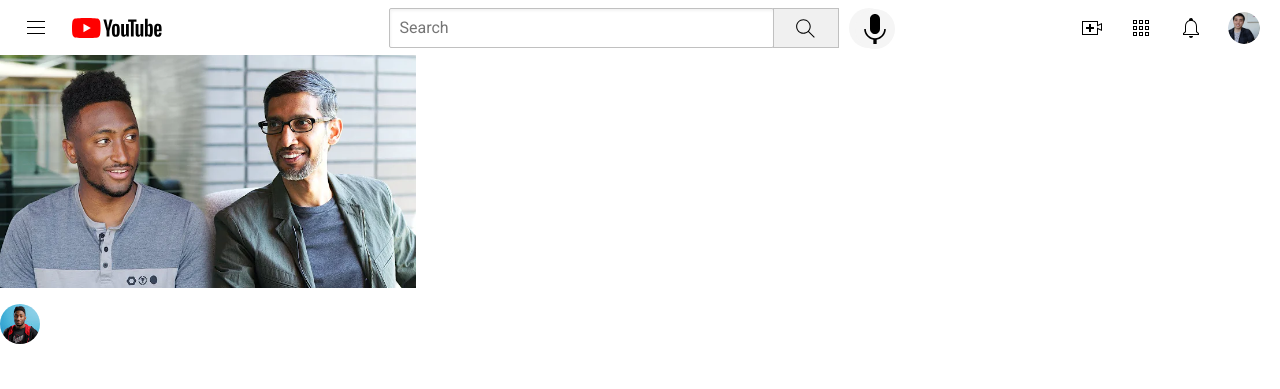
Repository: knowledgeAlan/html-css-thirteen
Page: youtube.html
These files come from the project's save history. The page is drawn as it stood at one moment and after the next save; the edit follows.
The browser window is 1280 px wide. The pictures show the whole page.

Above is the page before, as saved 2024-03-19 17:15:23.

After the next save:
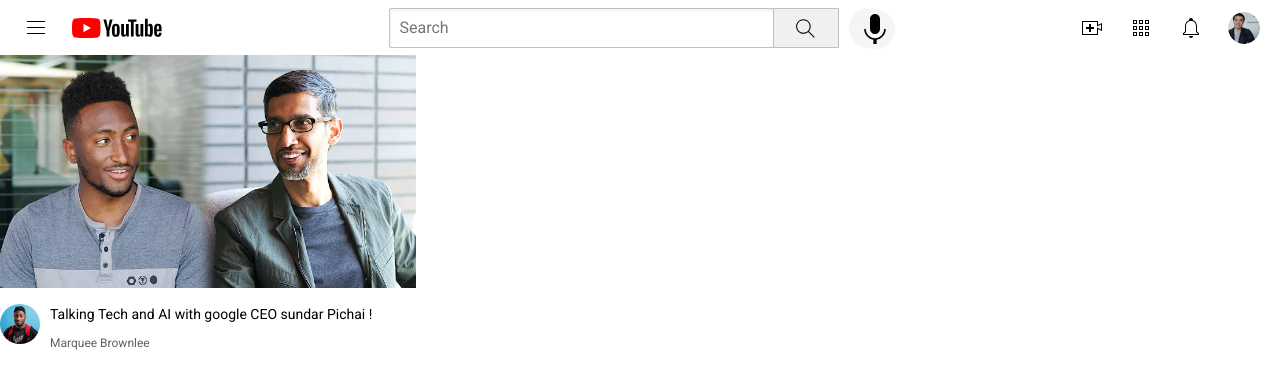
Saved 4 min 2 s later.
--- a/youtube.html
+++ b/youtube.html
@@ -60,6 +60,18 @@
                     <div class="channel-picture">
                         <img class="profile-picture" src="channel-pictures/channel-1.jpeg">
                     </div>
+
+                    <div class="video-info">
+                        <p class="video-title">
+                            Talking Tech and AI with google CEO sundar Pichai !
+
+                        </p>
+
+                        <p class="video-author">
+                            Marquee Brownlee
+                        </p>
+
+                    </div>
                 </div>
             </div>
 
